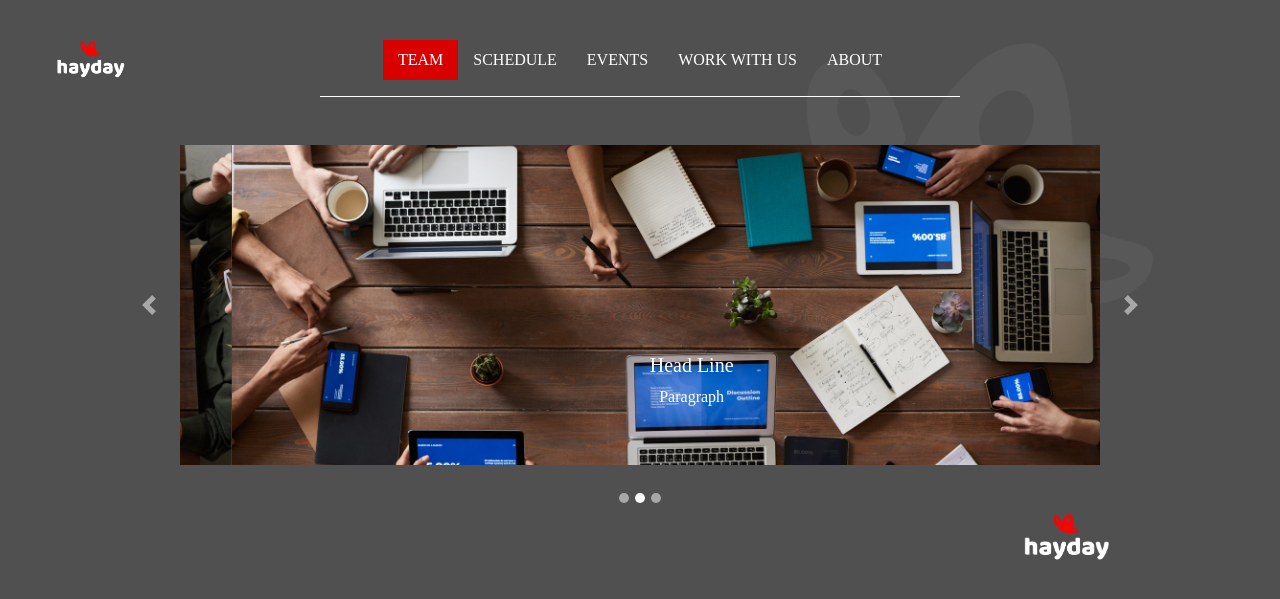
Repository: im1971/company-web
Page: 2019.html
These files come from the project's save history. The page is drawn as it stood at one moment and after the next save; the edit follows.
The browser window is 1280 px wide. The pictures show the whole page.
Some web fonts or font styles are not loaded; a fallback is used.

Above is the page before, as saved 2020-02-08 11:00:28.

### 2019.html
<!DOCTYPE html>
<html>

<head>
    <meta charset="utf-8">
    <meta name="viewport" content="width=device-width, initial-scale=1">
    <title>hayday</title>
    <link rel="shortcut icon" type="img/x-icon" href="img/fav.png" />
    <link rel="stylesheet" href="css/mdb.min.css">
    <link rel="stylesheet" href="css/bootstrap.min.css">
    <link rel="stylesheet" href="css/fontawesome.min.css">
    <link rel="stylesheet" href="css/all.min.css">
    <link rel="stylesheet" href="css/style.css">
    <!-- fonts -->
    <link href="https://fonts.googleapis.com/css?family=Baloo+Bhai&display=swap" rel="stylesheet">
    <!-- fonts -->

</head>

<body>

    <div class="wrap_hayday">
        <div class="back_img"></div>
        <div class="container-fluid">
            <div class="row justify-content-center pb-5">
                <div class="col-md-12">
                    <nav class="navbar navbar-expand-lg">
                        <button class="navbar-toggler" type="button" data-toggle="collapse" data-target="#navbarSupportedContent" aria-controls="navbarSupportedContent" aria-expanded="false" aria-label="Toggle navigation">
                            <i class="fas fa-bars"></i>
                        </button>

                        <div class="collapse navbar-collapse" id="navbarSupportedContent">

                            <ul class="navbar-nav m-auto text-uppercase">
                                <a class="nav-icon" href="index.html">
                                    <img src="img/logo.png" alt="">
                                </a>
                                <li class="nav-item ">
                                    <a class="nav-link active" href="team.html">Team</a>
                                </li>
                                <li class="nav-item">
                                    <a class="nav-link" href="schedule.html">SCHEDULE</a>
                                </li>
                                <li class="nav-item">
                                    <a class="nav-link" href="event.html">Events</a>
                                </li>
                                <li class="nav-item">
                                    <a class="nav-link" href="workWithUs.html">Work With us</a>
                                </li>
                                <li class="nav-item">
                                    <a class="nav-link" href="about.html">About</a>
                                </li>
                            </ul>
                        </div>
                    </nav>
                </div>
                <div class="col-md-6 border_deco pt-3"></div>
            </div>
            <div class="container">
                <div class="row justify-content-center">
                    <div class="col-md-10">
                        <div class="slider_wrap">
                            <div id="carouselExampleIndicators" class="carousel slide" data-ride="carousel">
                                <ol class="carousel-indicators">
                                    <li data-target="#carouselExampleIndicators" data-slide-to="0" class="active"></li>
                                    <li data-target="#carouselExampleIndicators" data-slide-to="1"></li>
                                    <li data-target="#carouselExampleIndicators" data-slide-to="2"></li>
                                </ol>
                                <div class="carousel-inner">
                                    <div class="carousel-item active">
                                        <div class="d-block w-100 img-responsive" alt="First slide"></div>
                                        <div class="carousel-caption d-none d-md-block">
                                            <h5>Head Line</h5>
                                            <p>Paragraph</p>
                                        </div>
                                    </div>
                                    <div class="carousel-item">
                                        <div class="d-block w-100 img-responsive" alt="Second slide"></div>
                                        <div class="carousel-caption d-none d-md-block">
                                            <h5>Head Line</h5>
                                            <p>Paragraph</p>
                                        </div>
                                    </div>
                                    <div class="carousel-item">
                                        <div class="d-block w-100 img-responsive" alt="Third slide"></div>
                                        <div class="carousel-caption d-none d-md-block">
                                            <h5>Head Line</h5>
                                            <p>Paragraph</p>
                                        </div>
                                    </div>
                                </div>
                                <a class="carousel-control-prev" href="#carouselExampleIndicators" role="button" data-slide="prev">
                                    <span class="carousel-control-prev-icon" aria-hidden="true"></span>
                                    <span class="sr-only">Previous</span>
                                </a>
                                <a class="carousel-control-next" href="#carouselExampleIndicators" role="button" data-slide="next">
                                    <span class="carousel-control-next-icon" aria-hidden="true"></span>
                                    <span class="sr-only">Next</span>
                                </a>
                            </div>
                        </div>
                    </div>
                </div>
            </div>
            <div class="row justify-content-end mt-5">
                <div class="col-md-4 m-autp">
                    <div class="middle_body">
                        <div class="logo">
                            <img src="img/logo.png" alt="" style="height: 50px">
                        </div>
                        <!-- <p>Read about our Inspiration</p> -->
                    </div>
                </div>
            </div>
        </div>
    </div>
    </div>



    <!-- <script src="https://code.jquery.com/jquery-3.4.1.slim.min.js" integrity="sha384-J6qa4849blE2+poT4WnyKhv5vZF5SrPo0iEjwBvKU7imGFAV0wwj1yYfoRSJoZ+n" crossorigin="anonymous"></script>
    <script src="https://cdn.jsdelivr.net/npm/popper.js@1.16.0/dist/umd/popper.min.js" integrity="sha384-Q6E9RHvbIyZFJoft+2mJbHaEWldlvI9IOYy5n3zV9zzTtmI3UksdQRVvoxMfooAo" crossorigin="anonymous"></script>
    <script src="https://stackpath.bootstrapcdn.com/bootstrap/4.4.1/js/bootstrap.min.js" integrity="sha384-wfSDF2E50Y2D1uUdj0O3uMBJnjuUD4Ih7YwaYd1iqfktj0Uod8GCExl3Og8ifwB6" crossorigin="anonymous"></script> -->

    <script type="text/javascript" src="js/jquery.min.js"></script>
    <!-- Bootstrap tooltips -->
    <script type="text/javascript" src="js/popper.min.js"></script>
    <!-- Bootstrap core JavaScript -->
    <script type="text/javascript" src="js/bootstrap.min.js"></script>
    <!-- MDB core JavaScript -->
    <script type="text/javascript" src="js/mdb.min.js"></script>


</body>

</html>

### css/style.css
body {
    padding: 0;
    margin: 0;
    /* background: #5407A1; */
    background: #505050;
    color: #fff !important;
    font-family: 'Baloo Bhai', cursive;
    position: relative;
}


/* global */

html {
    overflow: scroll;
    overflow-x: hidden;
}

::-webkit-scrollbar {
    width: 0px;
    background: transparent;
}


/* Optional: show position indicator in red */

::-webkit-scrollbar-thumb {
    background: #FF0000;
}

.active {
    background-color: #d90000;
    color: #fff;
}


/* global */

.back_img {
    background-image: url(../img/back.png);
    height: 350px;
    width: 600px;
    position: absolute;
    background-position: center center;
    background-size: cover;
    opacity: 5%;
    /* top: 30%; */
    right: 0;
}


/* header */

.wrap_hayday .nav-link::after {
    content: '';
    position: absolute;
    width: 100%;
    height: 1px;
    bottom: 0;
    left: 0;
    background-color: #E2061B;
    transform: scaleX(0);
    /* transform-origin: bottom right; */
    transition: transform 0.3s;
}

.wrap_hayday .nav-link:hover::after {
    /* transform-origin: bottom left; */
    transform: scaleX(1);
}

.wrap_hayday .navbar {
    box-shadow: none;
}

.wrap_hayday .navbar .collapse {
    position: relative;
}

.wrap_hayday .navbar .nav-icon {
    position: absolute;
    left: 0;
    top: 0;
    padding: 0;
}

.wrap_hayday .navbar .nav-icon img {
    height: 40px;
}

.wrap_hayday .container-fluid {
    min-height: 100vh;
}

.wrap_hayday nav .nav-link {
    padding-right: 15px !important;
    padding-left: 15px !important;
    color: #fff;
    font-family: 'Baloo Bhai', cursive;
}

.wrap_hayday .border_deco {
    border-bottom: .25px solid #fff;
}

.wrap_hayday nav .nav-link:hover {
    color: #FF0000;
    transition-duration: 0.5s;
}

.wrap_hayday .navbar {
    padding: 40px;
    padding-bottom: 0;
}


/* header */


/* middle body */

.wrap_hayday .middle_body_height {
    height: 50vh;
}

.wrap_hayday .middle_body {
    text-align: center;
}

.wrap_hayday .middle_body p {
    font-size: 22px;
}

.wrap_hayday .middle_body .logo img {
    height: 200px;
}

.wrap_hayday .others_page_middle {
    text-align: center;
    position: absolute;
    right: 30px;
    bottom: 0;
}

.wrap_hayday .others_page_middle img {
    height: 70px;
}


/* middle body */


/* footer-body */

.myprogress {
    min-width: 100%;
    margin: 0px auto;
    text-align: center;
}

.myprogress .circle {
    display: inline-block;
    background: #fff;
    width: 50px;
    height: 50px;
    border-radius: 80px;
    border: 1px solid #d5d5da;
    cursor: pointer;
}

.myprogress .circle:hover {
    background: #FF0000;
    color: #5407A1;
    transition-duration: 0.5s;
}

.myprogress .bar {
    position: relative;
    width: 100px;
    padding-right: 15px;
    font-family: none;
}

.myprogress .circle .label {
    display: inline-block;
    width: 40px;
    height: 40px;
    line-height: 30px;
    border-radius: 40px;
    font-size: 24px;
}

.myprogress .circle .title {
    color: #5407A1;
    font-size: 24px;
    line-height: 50px;
    cursor: pointer;
}

.myprogress .circle .title:hover {
    color: #fff;
}

.myprogress i {
    font-size: 11px;
}

.abc {
    animation: pulse 1s infinite;
    color: #FF0000;
}

.pulse {
    -webkit-animation-duration: 3s;
    -webkit-animation-delay: 2s;
    -webkit-animation-iteration-count: 5;
}

@-webkit-keyframes scroll {
    0% {
        -webkit-transform: translateX(0);
        transform: translateX(0);
    }
    100% {
        -webkit-transform: translateX(calc(-250px * 7));
        transform: translateX(calc(-250px * 7));
    }
}

@keyframes scroll {
    0% {
        -webkit-transform: translateX(0);
        transform: translateX(0);
    }
    100% {
        -webkit-transform: translateX(calc(-250px * 7));
        transform: translateX(calc(-250px * 7));
    }
}

.slider {
    /* background: white; */
    /* box-shadow: 0 10px 20px -5px rgba(0, 0, 0, 0.125); */
    /* height: 100px; */
    margin: auto;
    overflow: hidden;
    position: relative;
    width: 960px;
}

.slider::before,
.slider::after {
    /* background: -webkit-gradient(linear, left top, right top, from(white), to(rgba(255, 255, 255, 0))); */
    /* background: linear-gradient(to right, white 0%, rgba(255, 255, 255, 0) 100%); */
    content: "";
    height: 100px;
    position: absolute;
    width: 200px;
    z-index: 2;
}

.slider::after {
    right: 0;
    top: 0;
    -webkit-transform: rotateZ(180deg);
    transform: rotateZ(180deg);
}

.slider::before {
    left: 0;
    top: 0;
}

.slider .slide-track {
    -webkit-animation: scroll 40s linear infinite;
    animation: scroll 40s linear infinite;
    display: -webkit-box;
    display: flex;
    width: calc(250px * 14);
}

.slider .slide {
    /* height: 100px; */
    /* width: 200px; */
    padding-right: 40px;
}

.sponsor_slider {
    position: absolute;
    bottom: 20px;
}


/* footer-body */


/* about hayday */

.accordion .card-header {
    padding: 0;
    /* background: #5407A1; */
    background: #757575;
    margin-bottom: 0;
    cursor: pointer;
}

.accordion .card-header .btn-link {
    color: #fff;
    padding: 0;
}

.accordion .card {
    border: none;
    border-radius: 0;
}

.accordion i {
    position: absolute;
    right: 10px;
    top: 5px;
}

.accordion p {
    color: #000;
    font-family: serif;
    font-size: 15px;
}

.accordion h4 {
    color: #000;
    font-family: serif;
    font-weight: 700 !important;
    font-size: 22px;
}


/* about hayday */


/* work with us */

.outreach table.table th,
table.table td {
    padding: 3px 20px;
    color: #fff;
    border: none;
    font-family: auto;
}


/* work with us */


/* team */

.team .grid {
    padding-left: 0;
    padding-right: 0;
}

.team .team_image {
    background-image: url(../img/team/team-back.jpg);
    height: 600px;
    background-position: center center;
    background-size: cover;
}

.team .custom_hr {
    border-top: 3px solid #fff !important;
    width: 10% !important;
}

.team img {
    border-radius: 50%;
    margin: auto;
    border: 3px solid #dcdcdc;
}

.team .team_managemt img {
    height: 300px;
    width: 300px;
}

.team .team_volounteer img {
    height: 200px;
    width: 200px;
}

.team .wrap_team {
    display: flex;
    flex-direction: column;
    font-family: auto;
}


/* team */

.sponsor_footer p {
    font-family: auto;
    font-size: 14px;
}

.sponsor_footer p b {
    color: #FF0000;
}


/* events */

.event_wrap .title {
    font-family: auto;
}

.event_wrap .subtitle {
    font-family: auto;
}

.wrap_event {
    color: #fff;
    text-align: center;
    position: relative;
    font-family: auto;
    background: #9100ff3b;
}

.wrap_event .fas {
    font-size: 12px;
}

.slider_wrap .d-block {
    background-image: url(../img/team/team-back.jpg);
    height: 320px;
    background-position: center center;
    background-size: cover;
}

.slider_wrap .carousel-indicators {
    margin: 0;
    bottom: -15%;
}

.carousel .carousel-control-prev-icon {
    background-image: url("data:[embedded picture, 189 characters]")
}

.carousel .carousel-control-next-icon {
    background-image: url("data:[embedded picture, 190 characters]")
}

.carousel-control-next {
    right: -100px;
}

.carousel-control-prev {
    left: -100px;
}


/* calender */


/*
*
* ==========================================
* CUSTOM UTIL CLASSES
* ==========================================
*
*/

.clearfix::after,
.calendar ol::after {
    content: ".";
    display: block;
    height: 0;
    clear: both;
    visibility: hidden;
}


/* ================
Calendar Styling */

.calendar {
    border-radius: 10px;
    font-family: auto;
}

.calendar .target_date {
    height: 30px;
    width: 30px;
    position: absolute;
    border-radius: 50%;
    left: -6px;
    top: 1px;
    background: #fff;
    opacity: 0.3;
}

.month {
    font-size: 2rem;
}

.calendar ol li {
    float: left;
    width: 14.28571%;
}

.calendar .day-names {
    border-bottom: 1px solid #eee;
}

.calendar .day-names li {
    text-transform: uppercase;
    margin-bottom: 0.5rem;
}

.calendar .days li {
    border-bottom: 1px solid #eee;
    /* min-height: 8rem; */
}

.calendar .days li .date {
    margin: 0.25rem 0;
}

.calendar .days li .event {
    font-size: 0.75rem;
    padding: 0.4rem;
    color: white;
    white-space: nowrap;
    overflow: hidden;
    text-overflow: ellipsis;
    border-radius: 4rem;
    margin-bottom: 1px;
}

.calendar .days li .event.span-2 {
    width: 200%;
}

.calendar .days li .event.begin {
    border-radius: 1rem 0 0 1rem;
}

.calendar .days li .event.end {
    border-radius: 0 1rem 1rem 0;
}

.calendar .days li .event.clear {
    background: none;
}

.calendar .days li:nth-child(n+29) {
    border-bottom: none;
}

.calendar .days li.outside .date {
    color: #ddd;
}


/* calender */


/* timer */

#timer div {
    display: inline-block;
    line-height: 1;
    padding: 20px 40px 0 0;
    padding-bottom: 0;
    font-family: auto;
}

#timer span {
    display: block;
    font-size: 20px;
    color: white;
}

#timer #days,
#timer #hours,
#timer #minutes,
#timer #seconds {
    font-size: 50px;
}

#timer #seconds {
    font-size: 30px;
}


/* timer */


/* events */


/* media query */

@media (min-width: 1367px) {
    .sponsor_footer p {
        font-size: 18px;
        margin-top: 40px;
    }
    .outreach table.table th,
    table.table td,
    .accordion p,
    .myprogress .bar {
        font-size: 18px;
    }
    .outreach h4 {
        margin-top: 30px;
        margin-bottom: 20px;
    }
    .accordion .card-header .btn-link {
        font-size: 22px;
    }
    .accordion {
        margin-top: 30px;
    }
    .wrap_hayday .middle_body .logo img {
        height: 145px;
    }
    .wrap_hayday .middle_body p {
        font-size: 22px;
    }
    .wrap_hayday .step_command {
        font-family: auto;
        font-size: 22px;
    }
}

@media (max-width: 567px) {
    .wrap_hayday .navbar {
        padding: 20px 0 0;
    }
    .fa-bars {
        color: #fff !important;
    }
    .wrap_hayday .middle_body .logo img {
        height: 140px;
        margin-bottom: 28px;
    }
    .back_img {
        height: 150px;
        width: 200px;
    }
    .wrap_hayday .middle_body_height {
        height: 35vh;
    }
    .myprogress .circle {
        display: block;
        margin: auto;
        margin-top: 20px;
    }
    .myprogress .bar {
        padding-right: 0;
        font-family: none;
        font-size: 18px;
    }
    .team .team_image {
        height: 200px;
    }
    .team .custom_hr {
        width: 50% !important;
    }
    .team .team_managemt img {
        height: 150px;
        width: 150px;
    }
    .team .team_volounteer img {
        height: 120px;
        width: 120px;
    }
    .team .card-title {
        font-size: 26px;
    }
    .team .wrap_team {
        margin-bottom: 30px;
    }
    .sponsor_footer p {
        margin-bottom: 20px !important;
    }
    .calendar {
        padding-left: 0 !important;
        margin-top: 30px;
    }
    .event_wrap .title {
        font-size: 22px;
    }
    .event_wrap button {
        margin-bottom: 40px !important;
    }
    #timer #days,
    #timer #hours,
    #timer #minutes,
    #timer #seconds {
        font-size: 35px;
        margin: auto;
    }
    #timer span {
        font-size: 14px;
    }
    #timer div {
        padding: 0px 26px 0 0;
    }
    #timer {
        background: #8500ff82;
        display: flex;
        padding: 20px;
    }
    .classroom img {
        width: 150px;
    }
    .slider {
        width: 200px;
        padding-bottom: 20px;
    }
    .sponsor_slider {
        margin-top: 50px;
    }
}

Loaded but not shown: css/mdb.min.css (library); css/bootstrap.min.css (library); css/fontawesome.min.css (library); css/all.min.css (library); js/jquery.min.js (library); js/popper.min.js (library); js/bootstrap.min.js (library); js/mdb.min.js (library)

After the next save:
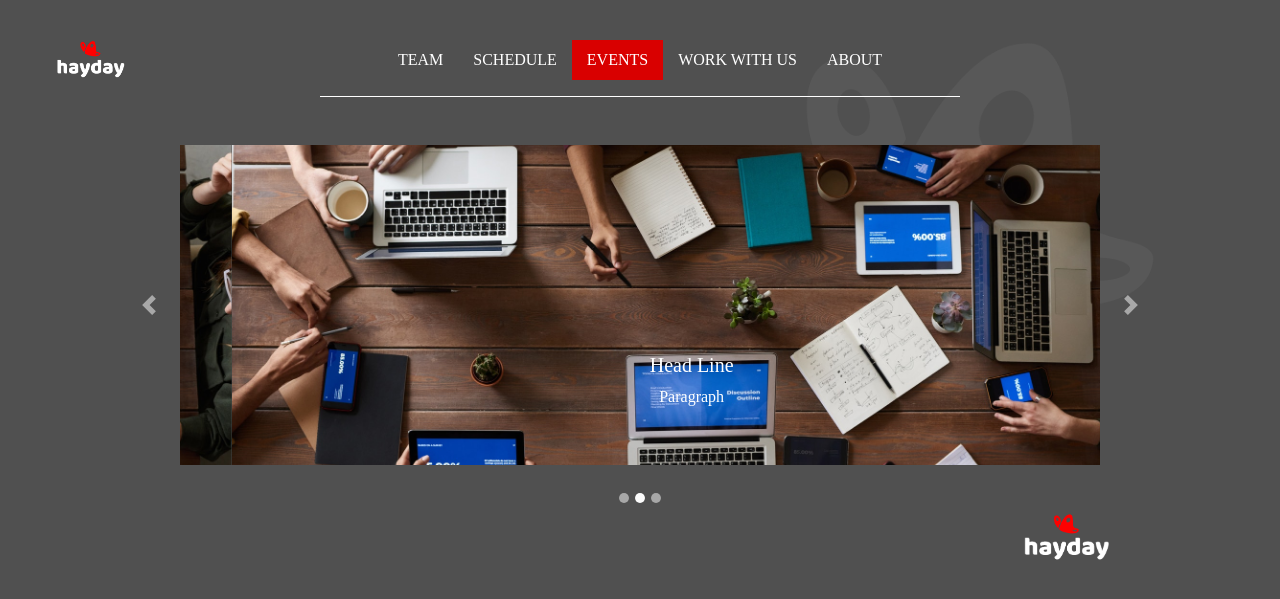
Saved 116 s later.
--- a/2019.html
+++ b/2019.html
@@ -36,13 +36,13 @@
                                     <img src="img/logo.png" alt="">
                                 </a>
                                 <li class="nav-item ">
-                                    <a class="nav-link active" href="team.html">Team</a>
+                                    <a class="nav-link" href="team.html">Team</a>
                                 </li>
                                 <li class="nav-item">
                                     <a class="nav-link" href="schedule.html">SCHEDULE</a>
                                 </li>
                                 <li class="nav-item">
-                                    <a class="nav-link" href="event.html">Events</a>
+                                    <a class="nav-link active" href="event.html">Events</a>
                                 </li>
                                 <li class="nav-item">
                                     <a class="nav-link" href="workWithUs.html">Work With us</a>
